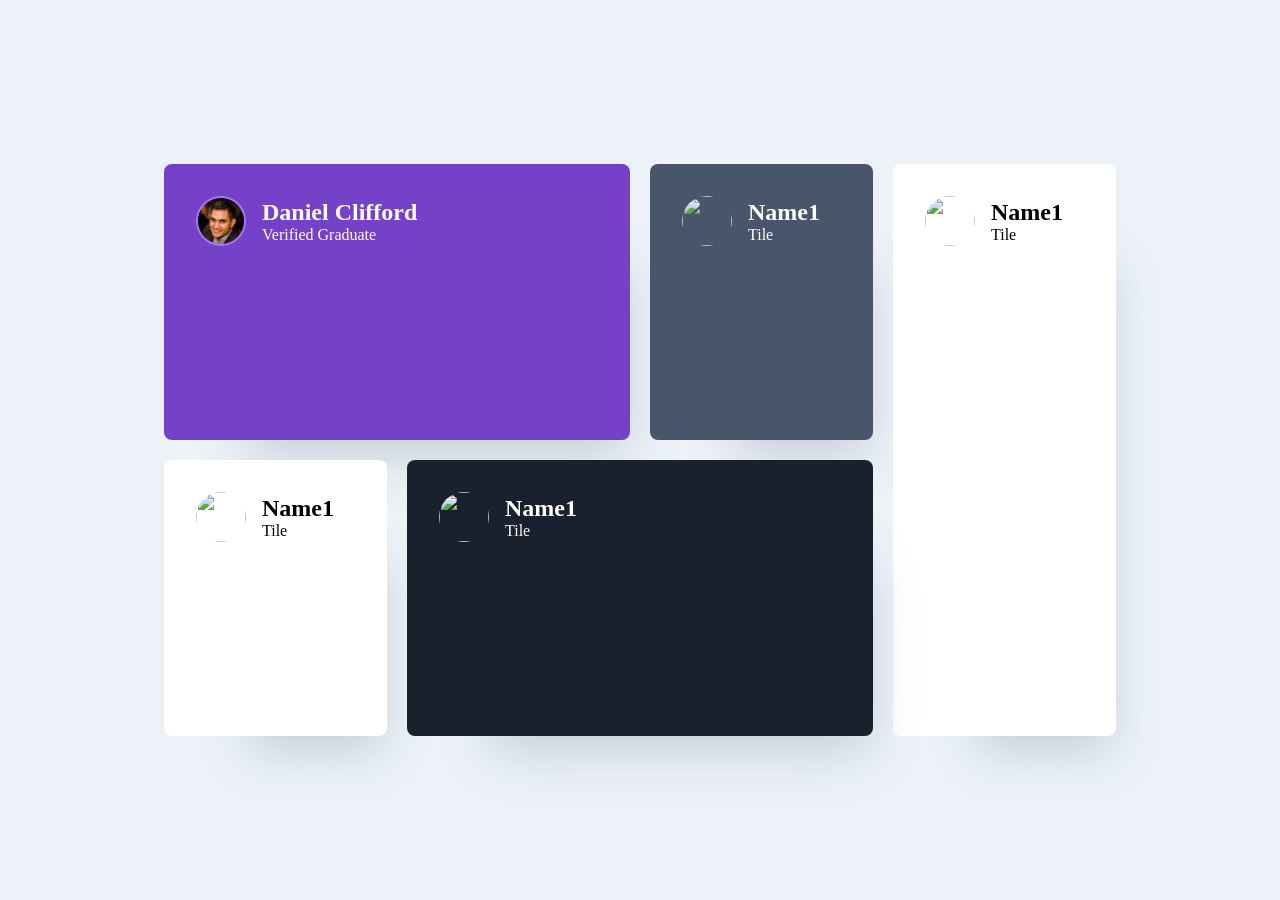
Repository: brandontaylor1/testimonial-card
Page: index.html
An editor plug-in stored every save of this project. The page is shown before and after the next save, followed by the edit.
The browser window is 1280 px wide. The pictures show the whole page.

Above is the page before, as saved 2025-01-10 23:42:42.

### index.html
<!DOCTYPE html>
<html lang="en">
<head>
    <meta charset="UTF-8">
    <meta name="viewport" content="width=device-width, initial-scale=1.0">
    <link rel="preconnect" href="https://fonts.googleapis.com">
    <link rel="preconnect" href="https://fonts.gstatic.com" crossorigin>
    <link href="https://fonts.googleapis.com/css2?family=Barlow+Semi+Condensed:ital,wght@0,100;0,200;0,300;0,400;0,500;0,600;0,700;0,800;0,900;1,100;1,200;1,300;1,400;1,500;1,600;1,700;1,800;1,900&display=swap" rel="stylesheet">
    <link rel="stylesheet" href="styles.css">
    <title>Testimonial Grid </title>
</head>
<body>
    <section class="container">
        <main class="testimonial-grid">
            <div class="card" id="card-1">
                <div class="profile-content">
                    <img src="./assets/images/image-daniel.jpg" alt="profile image" class="profile-img purple">
                    <div class="profile-text">
                        <h2 class="profile-text-name">Daniel Clifford</h2>
                        <p class="profile-text-title">Verified Graduate</p>
                    </div>
                </div>
                <h1 class="card-heading"></h1>
                <h2 class="card-subheading"></h2>
            </div>
            <div class="card" id="card-2">
                <div class="profile-content">
                    <img src="" alt="" class="profile-img">
                    <div class="profile-text">
                        <h2>Name1</h2>
                        <p>Tile</p>
                    </div>
                </div>
                <h1 class="card-heading"></h1>
                <h2 class="card-subheading"></h2>
            </div>
            <div class="card" id="card-3">
                <div class="profile-content">
                    <img src="" alt="" class="profile-img">
                    <div class="profile-text">
                        <h2>Name1</h2>
                        <p>Tile</p>
                    </div>
                </div>
                <h1 class="card-heading"></h1>
                <h2 class="card-subheading"></h2>
            </div>
            <div class="card" id="card-4">
                <div class="profile-content">
                    <img src="" alt="" class="profile-img">
                    <div class="profile-text">
                        <h2>Name1</h2>
                        <p>Tile</p>
                    </div>
                </div>
                <h1 class="card-heading"></h1>
                <h2 class="card-subheading"></h2>
            </div>
            <div class="card" id="card-5">
                <div class="profile-content">
                    <img src="" alt="" class="profile-img">
                    <div class="profile-text">
                        <h2>Name1</h2>
                        <p>Tile</p>
                    </div>
                </div>
                <h1 class="card-heading"></h1>
                <h2 class="card-subheading"></h2>
            </div>



        </main>
    </section>
</body>
</html>

### styles.css
* {
    margin: 0;
    padding: 0;
    box-sizing: border-box;
}

:root {

    --primary-moderate-violet: hsl(263, 55%, 52%);
    --primary-very-dark-grayish-blue: hsl(217, 19%, 35%);
    --primary-very-dark-blackish-blue: hsl(219, 29%, 14%);
    --primary-white: hsl(0, 0%, 100%);

    --secondary-neurtal-light-gray: hsl(0, 0%, 81%);
    --seconday-light-grayish-blue: hsl(210, 46%, 95%);
}

body {
    background-color: #ECF2F8;
    padding: 164px
}

.testimonial-grid {
    display: grid;
    grid-template-columns: repeat(4, 1fr);
    grid-template-rows: repeat(2, 1fr);
    gap: 20px;
    height: 572px;
}

.card {
    height: 100%;
    padding: 2rem;
    border-radius: 8px;
    box-shadow: 40px 60px 50px -47px rgba(72, 85, 106, 0.25);
}

.profile-content {
    display: flex;
    align-items: center;
    gap: 1rem;
}

.profile-img {
    width: 50px;
    height: 50px;
    border-radius: 50%;
}


.purple {
    border: 2px solid #A775F1;
}


#card-1 {
    grid-column: 1 / span 2;
    border-radius: 8px;
    background-color: var(--primary-moderate-violet);
    color: var(--primary-white);
}

#card-2 {
    grid-column: 3 / span 1;
    background-color: var(--primary-very-dark-grayish-blue);
    color: var(--primary-white);

}

#card-3 {
    grid-column: 4 / span 1;
    grid-row: 1 / span 2;
    background-color: var(--primary-white);
}

#card-4 {
    grid-column: 1 / span 1;
    grid-row: 2 / span 1;
    background-color: var(--primary-white);
}

#card-5 {
    grid-column: 2 / span 2;
    grid-row: 2 / span 1;
    background-color: var(--primary-very-dark-blackish-blue);
    color: var(--primary-white);

}

After the next save:
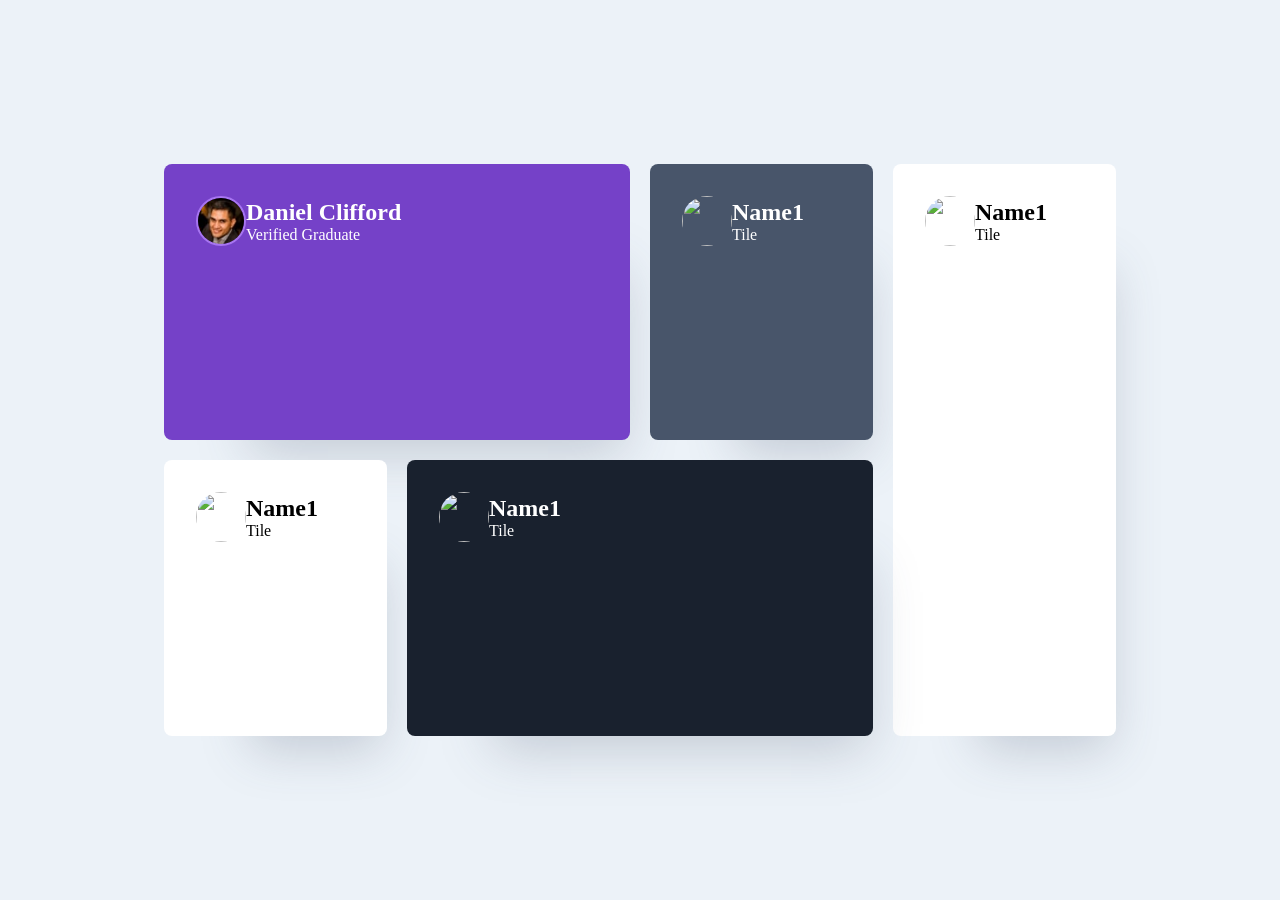
Saved 13 s later.
--- a/styles.css
+++ b/styles.css
@@ -38,7 +38,7 @@
 .profile-content {
     display: flex;
     align-items: center;
-    gap: 1rem;
+    /* gap: 1rem; */
 }
 
 .profile-img {

After the save that followed:
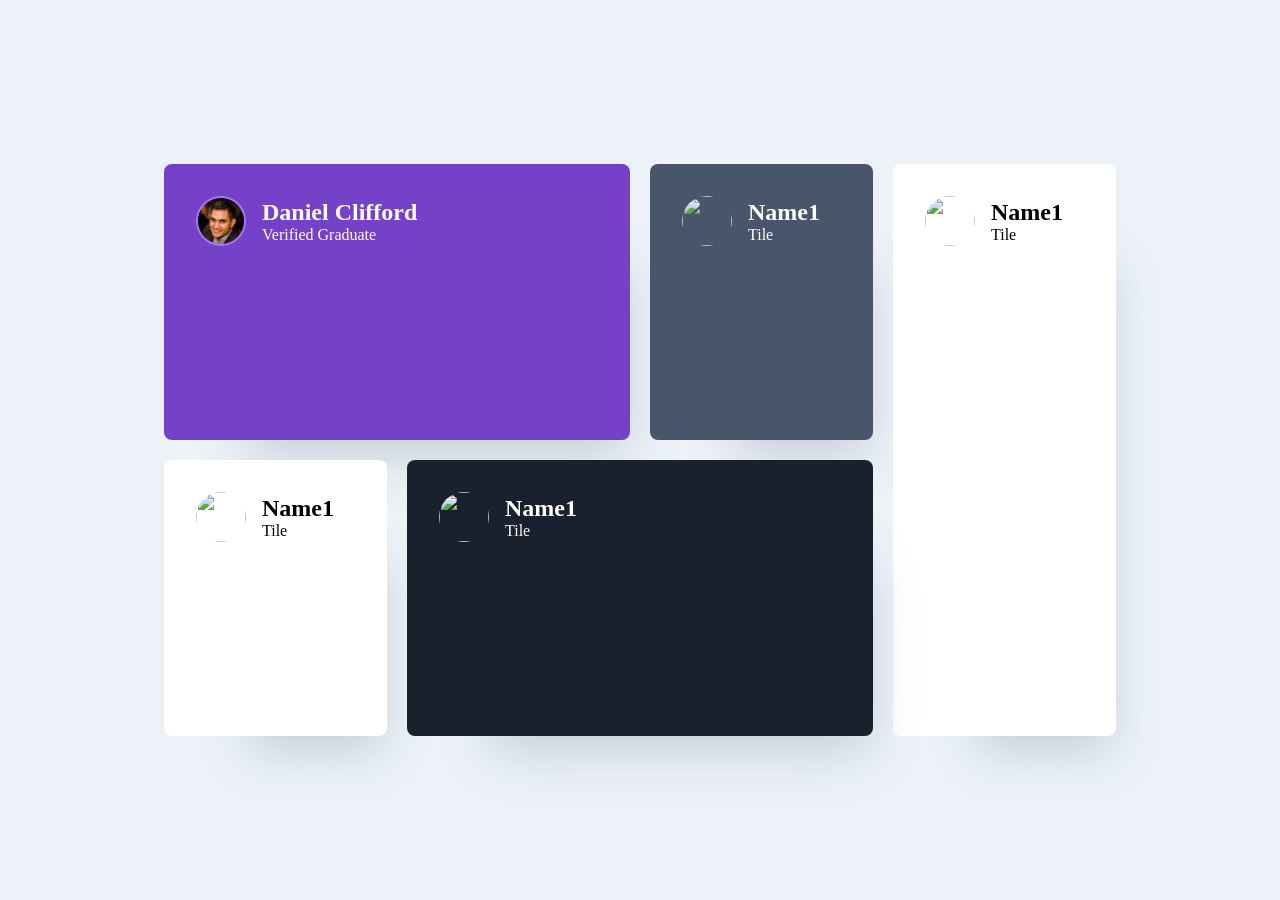
Saved 7 s later.
--- a/styles.css
+++ b/styles.css
@@ -38,7 +38,7 @@
 .profile-content {
     display: flex;
     align-items: center;
-    /* gap: 1rem; */
+    gap: 1rem;
 }
 
 .profile-img {
